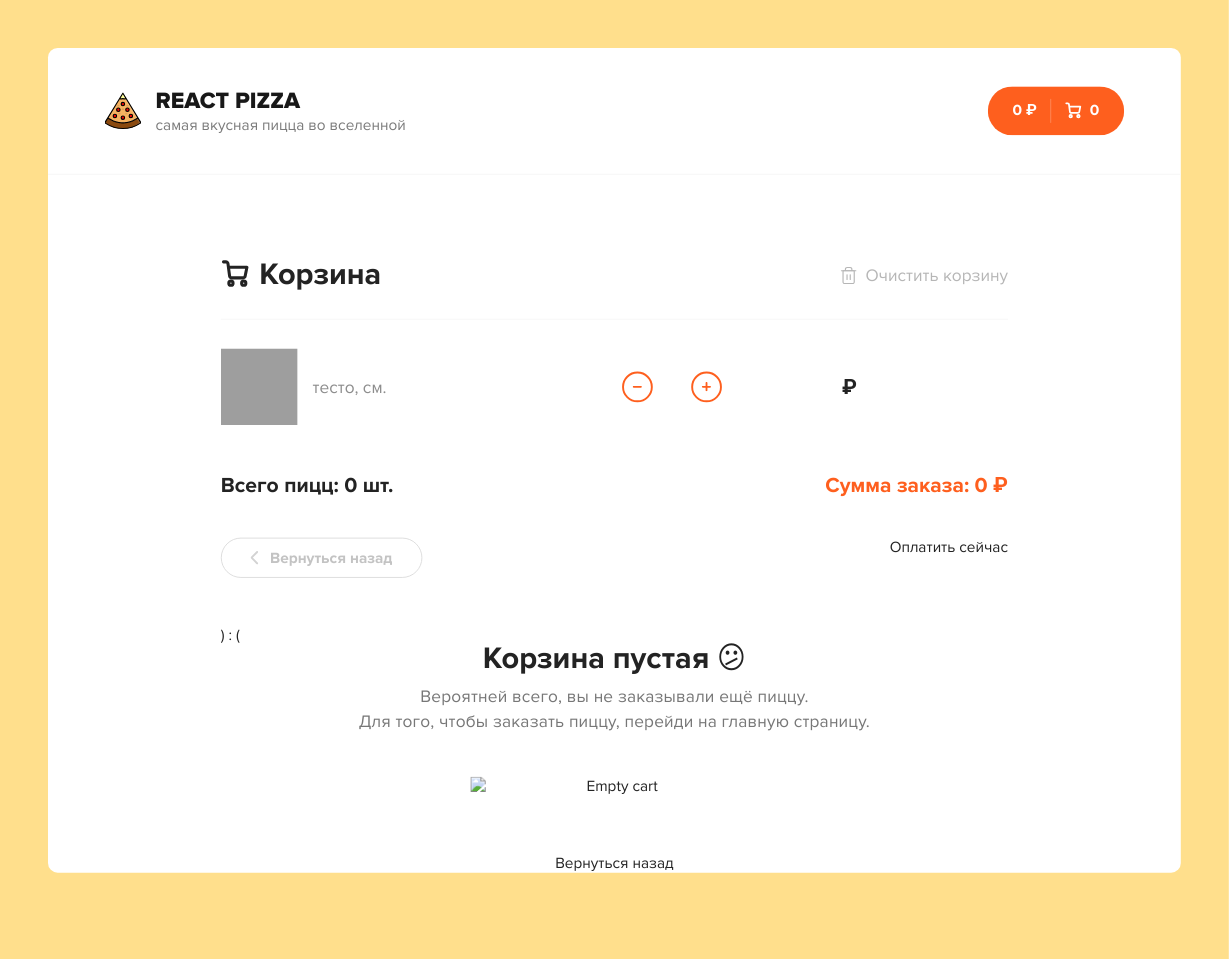
Repository: Danyil-man/online-pizzeria
Page: /cart
These files come from the project's save history. The page is drawn as it stood at one moment and after the next save; the edit follows.
The browser window is 1280 px wide. The pictures show the whole page, at 96% of full size.
Pictures or frames that could not be fetched are drawn as grey boxes. The project was rebuilt for these pictures with package versions that can differ from the ones it lists, and the page was loaded fresh each time. Also part of the build but not shown: src/components/categories/Categories.tsx, src/components/pizzaItem/index.tsx, src/components/pizzaItem/PizzaLoader.tsx, src/components/sortPopUp/Sort.tsx, src/pages/home/Home.tsx.

Above is the page before, as saved 2022-02-11 11:52:14.

After the next save:
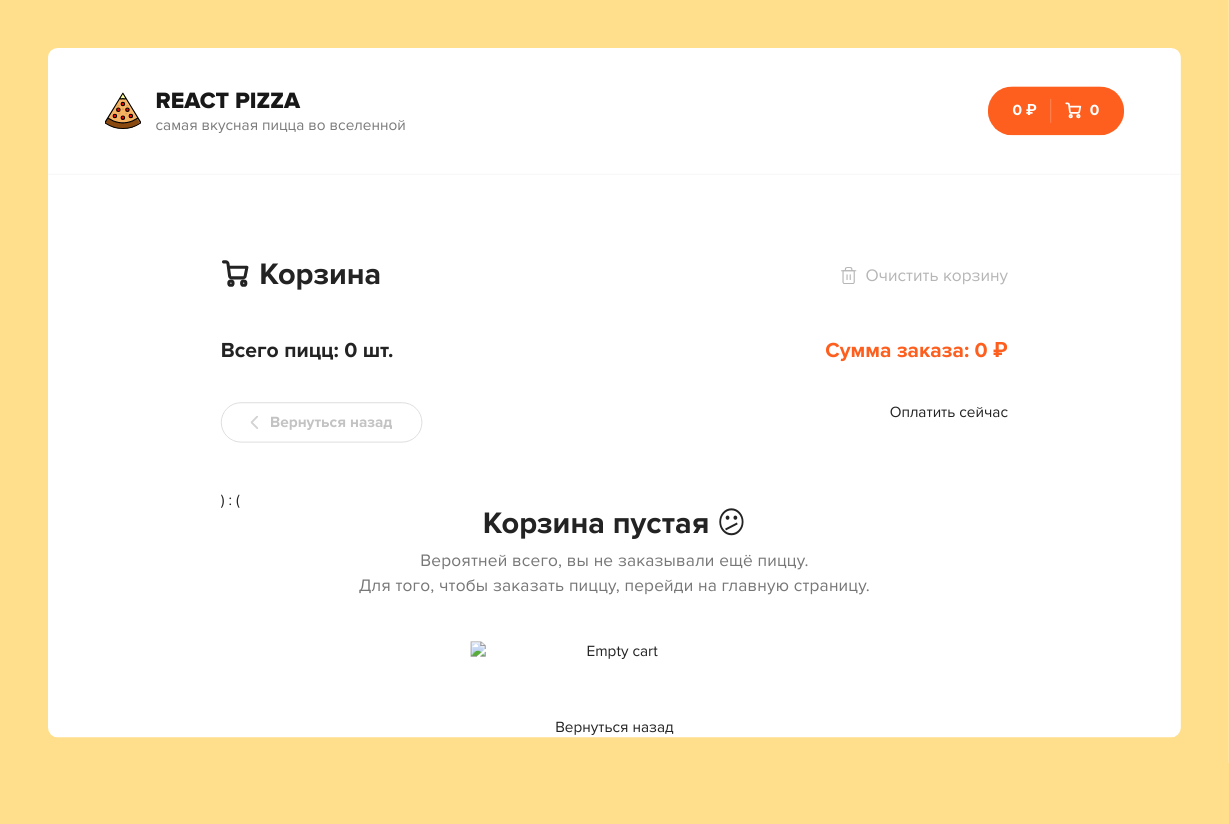
Saved 6 min 3 s later.
--- a/src/pages/cart/Cart.tsx
+++ b/src/pages/cart/Cart.tsx
@@ -6,7 +6,9 @@ import CartItem from "./cartItem/CartItem";
 const Cart = () => {
     const { totalCount, totalPrice, items } =
         useSelector((state: AppStateType) => state.cart)
-    const cartPizzas = Object.keys(items)
+    const cartPizzas = Object.keys(items).map(key => {
+        return items[key][0]
+    })
     return (
         <div className="container container--cart">
 
@@ -84,7 +86,7 @@ const Cart = () => {
                     </div>
                 </div>
                 <div className="content__items">
-                    <CartItem />
+                    {cartPizzas.map(pizza => <CartItem pizza={pizza} />)}
                 </div>
                 <div className="cart__bottom">
                     <div className="cart__bottom-details">
